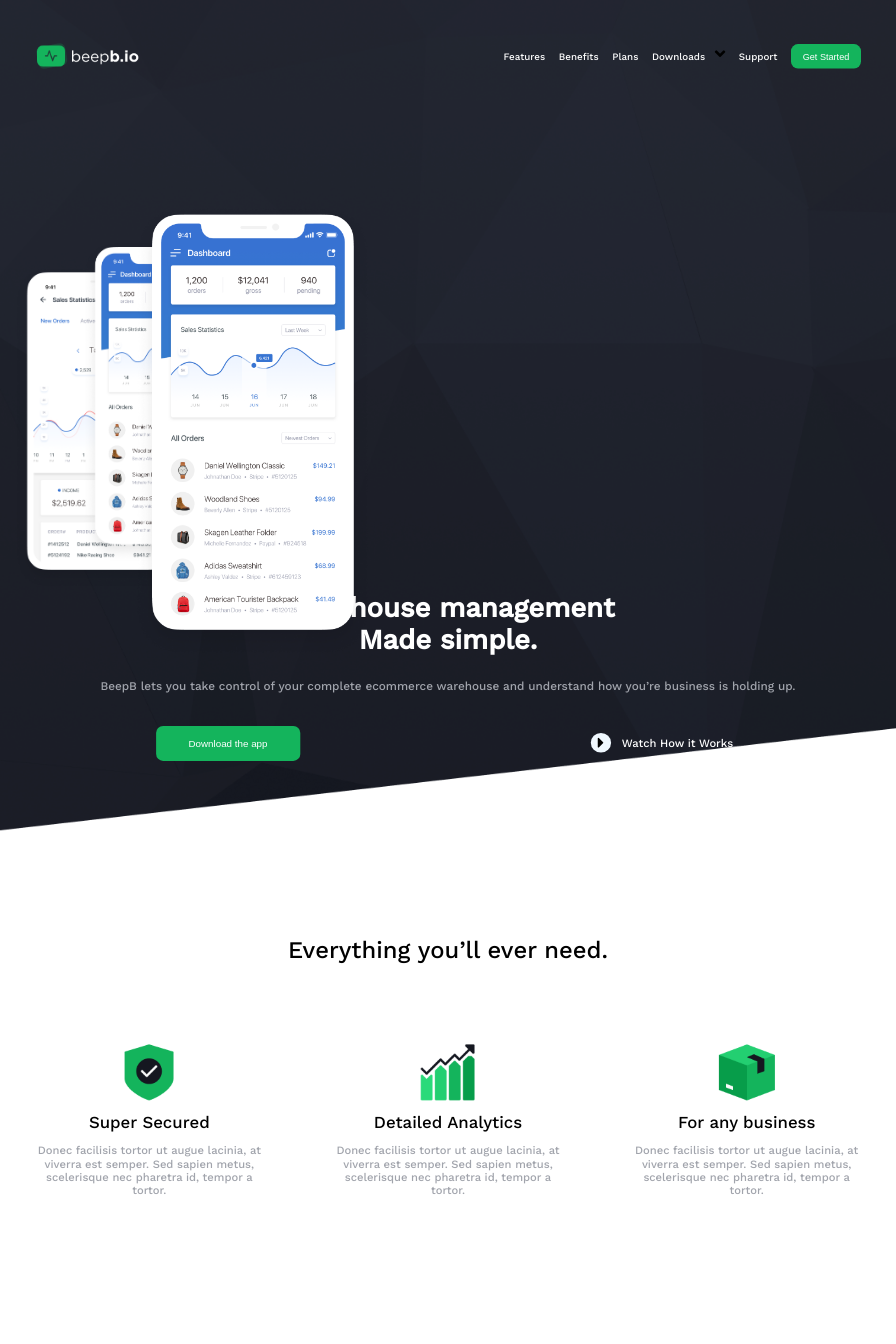
Repository: thinhnguyen347/thinhnguyen347.github.io
Page: cut-html-css/index.html
An editor plug-in stored every save of this project. The page is shown before and after the next save, followed by the edit.
The browser window is 1280 px wide. The pictures show the part of the page from y = 0 to 1920 px (the page is 4945 px tall before and 4906 px after), at 70% of full size.

Above is the page before, as saved 2021-11-10 19:23:11.

After the next save:
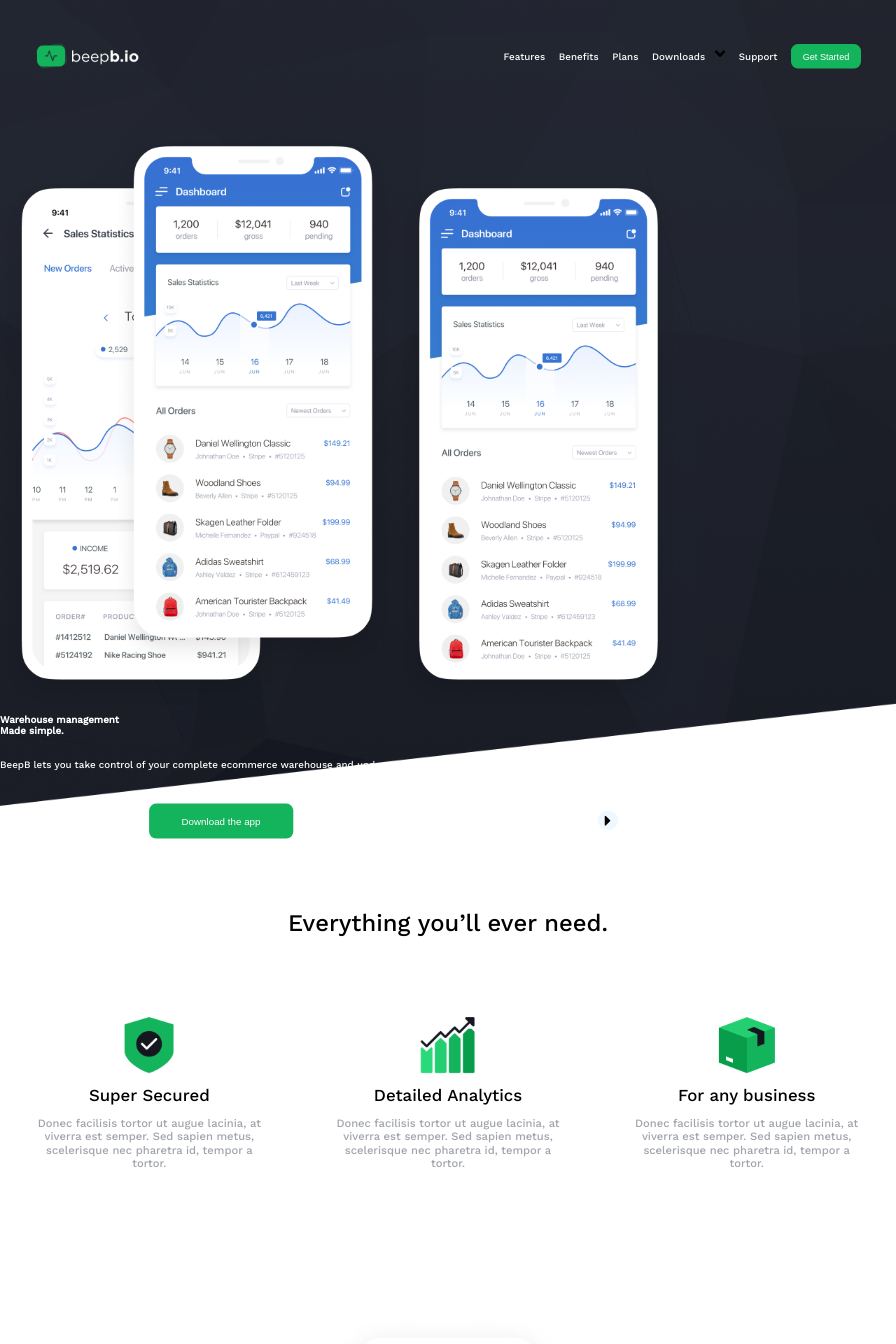
Saved 14 s later.
--- a/cut-html-css/css/style.css
+++ b/cut-html-css/css/style.css
@@ -148,43 +148,7 @@ li.menuitem:hover .drop-down {
   transform: scale(1.1, 1.1);
 }
 
-.page1 {
-  display: flex;
-  justify-content: space-between;
-  align-items: center;
-  width: 75%;
-  margin: auto;
-}
-
-.iphone {
-  position: relative;
-  width:fit-content;
-}
-
-.iphone-x1 {
-  max-width: 341px;
-}
-
-.iphone-x2 {
-  position: absolute;
-  top: -10%;
-  left: 50%;
-  max-width: 341px;
-}
-
-.hero-content {
-  padding: 150px 20px;
-  text-align: center;
-}
-
-.hero-content h1 {
-  font-size: 2.8rem;
-}
-
-.hero-content p {
-  font-size: 1.2rem;
-  color: #a1a4ac;
-}
+
 
 .download {
   background-color: #14b45c;
